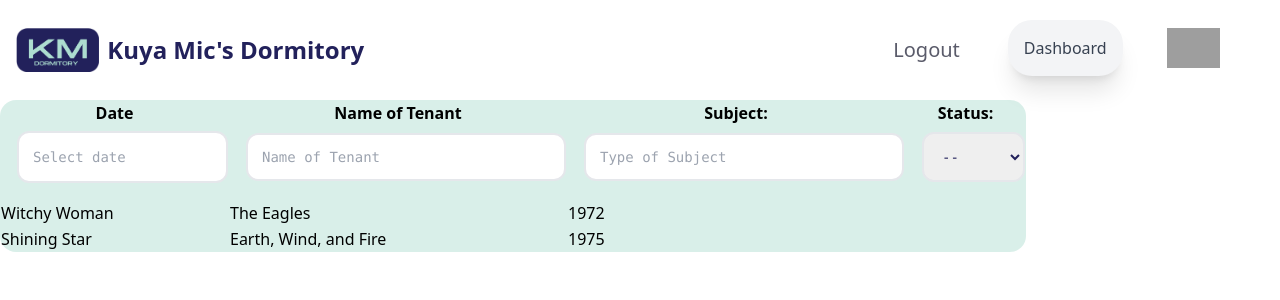
Repository: theamgri/Dormitory-Management-System
Page: logstatus.html
An editor plug-in stored every save of this project. The page is shown before and after the next save, followed by the edit.
The browser window is 1280 px wide. The pictures show the whole page.
Pictures or frames that could not be fetched are drawn as grey boxes. Some web libraries are served in a nearby version.

Above is the page before, as saved 2023-02-27 22:14:04.

After the next save:
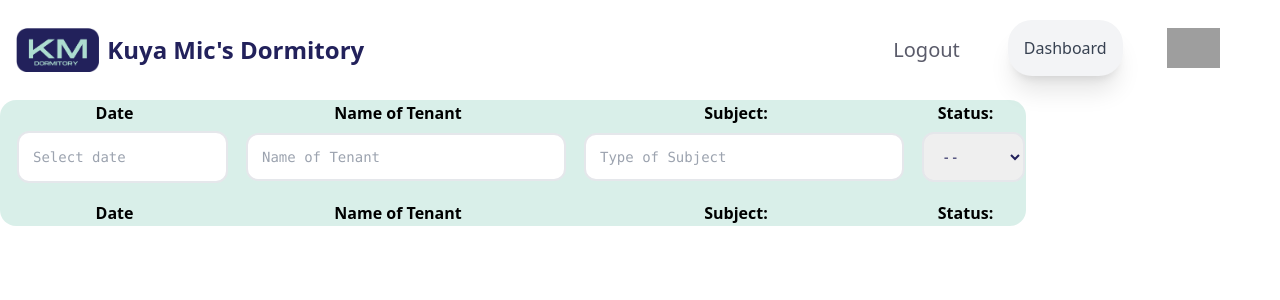
Saved 2 min 36 s later.
--- a/logstatus.html
+++ b/logstatus.html
@@ -58,17 +58,16 @@
                     <option>--</option>
                     <option>Tenant</option></select></td>
             </tr>
-              <tr>
-                <td>Witchy Woman</td>
-                <td>The Eagles</td>
-                <td>1972</td>
-              </tr>
-              <tr>
-                <td>Shining Star</td>
-                <td>Earth, Wind, and Fire</td>
-                <td>1975</td>
-              </tr>
+
             </tbody>
+            <thead>
+                <tr>
+                    <th>Date</th>
+                    <th>Name of Tenant</th>
+                    <th>Subject:</th>
+                    <th>Status:</th>
+                  </tr>
+            </thead>
           </table>
 
 
